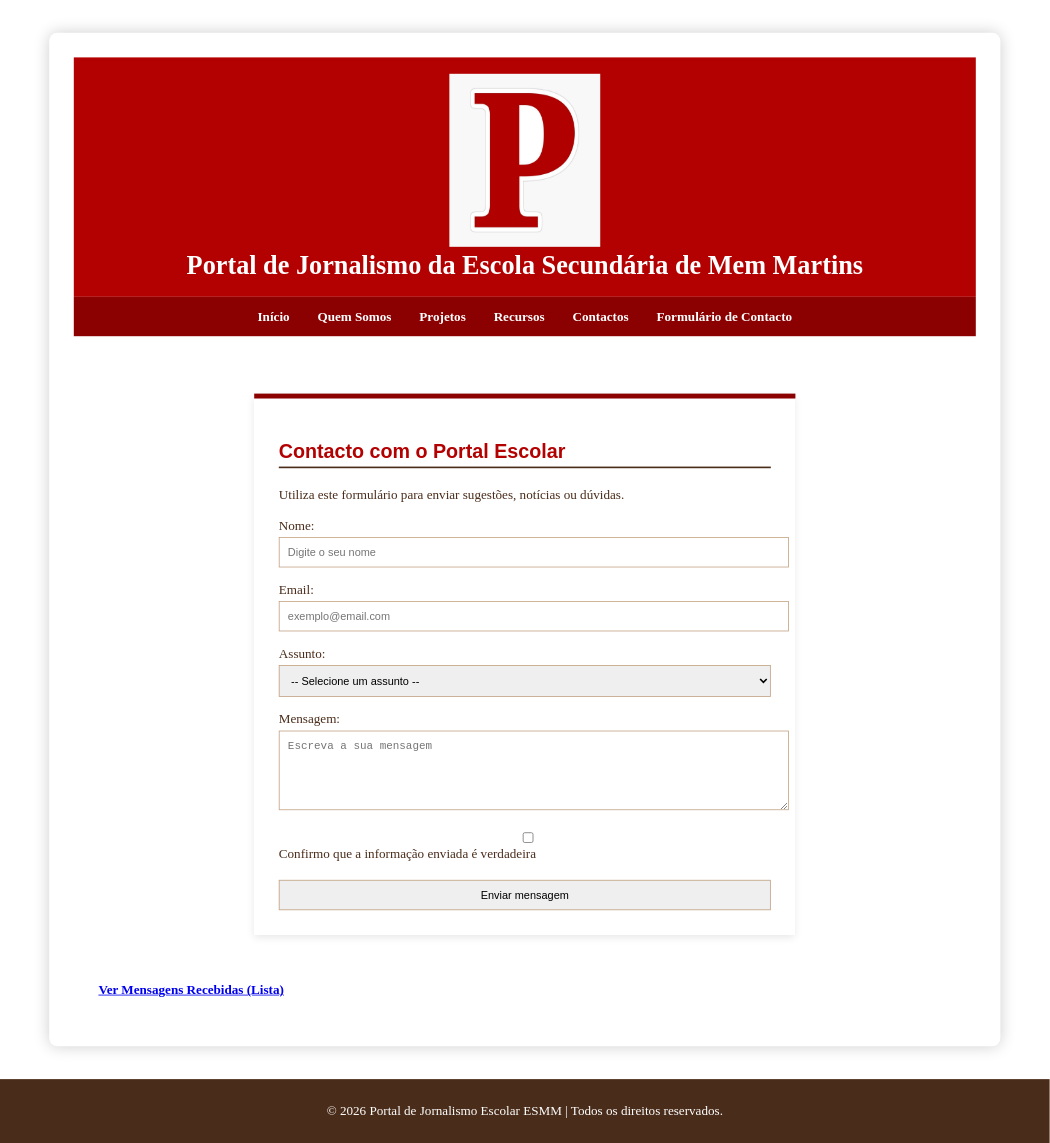
Repository: Sofiampsantos/Portal-de-Jornalismo-Escolar
Page: http://localhost/FormularioContacto/contato.jsp
The author's editor kept a copy of each file at every save. The page is drawn from the files as they stood at one save, then again after the next save.
The browser window is 1280 px wide. The pictures show the whole page, at 82% of full size.
Backgrounds fixed to the window are drawn as part of the page. Some web fonts or font styles are not loaded; a fallback is used. The page is served by Tomcat 10.

Above is the page before, as saved 2026-05-23 18:47:46.
Console error: TypeError: Cannot set properties of null (setting 'innerText')

After the next save:
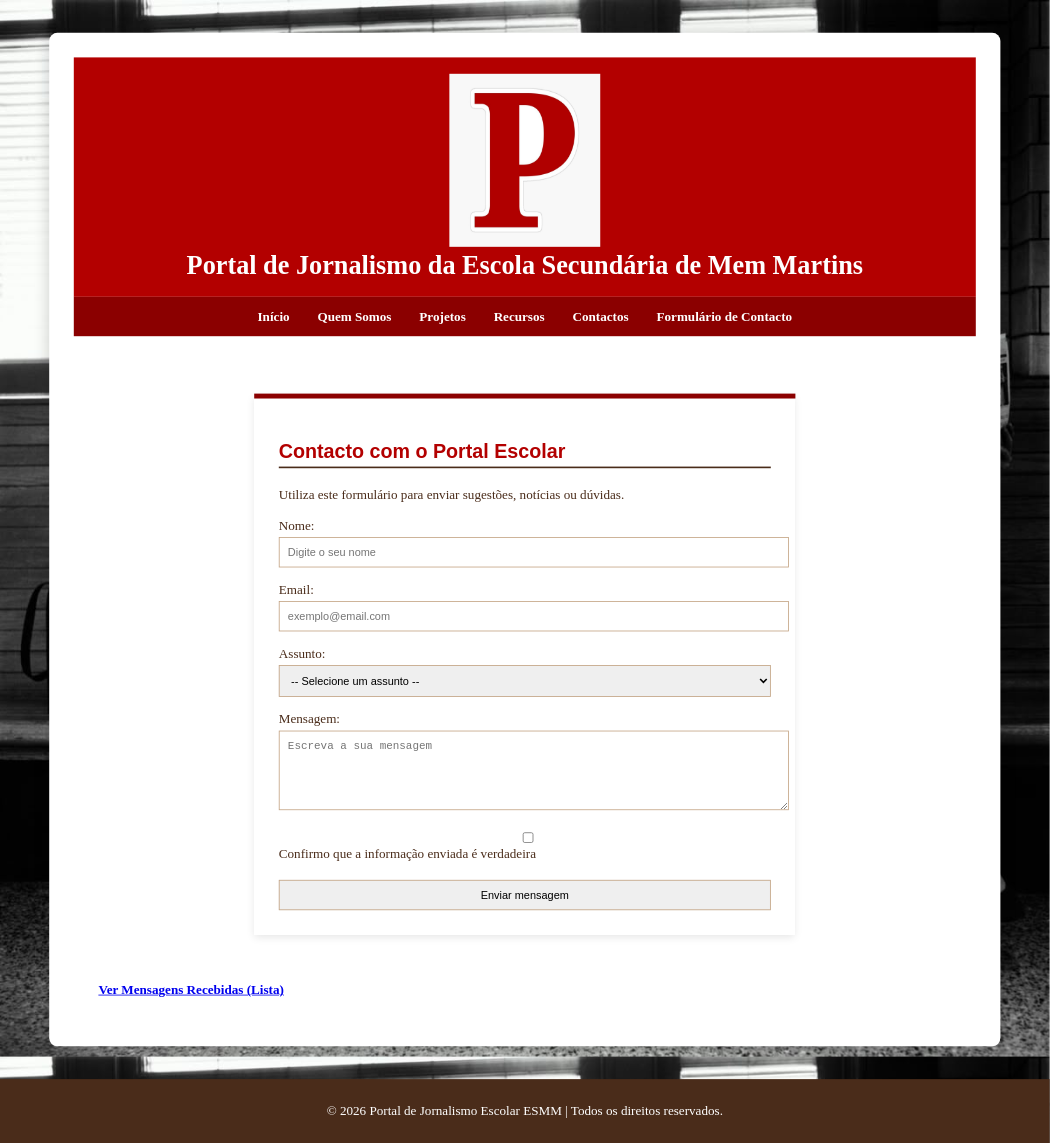
Saved 49 s later.
--- a/ProjetoProgV2/FormularioContacto/src/main/webapp/contato.jsp
+++ b/ProjetoProgV2/FormularioContacto/src/main/webapp/contato.jsp
@@ -6,7 +6,7 @@
 <title>Portal de Jornalismo Escolar - ESMM - Formulário de Contacto</title>
 <link rel="stylesheet" type="text/css" href="${pageContext.request.contextPath}/styles/estilo.css">
 </head>
-<body class="fundo-projetos">
+<body style="background-image: url('${pageContext.request.contextPath}/img/jornmulheres.jpg'); background-size: cover; background-repeat: no-repeat; background-attachment: fixed; background-position: center;">
 
  <div class="container">
 
